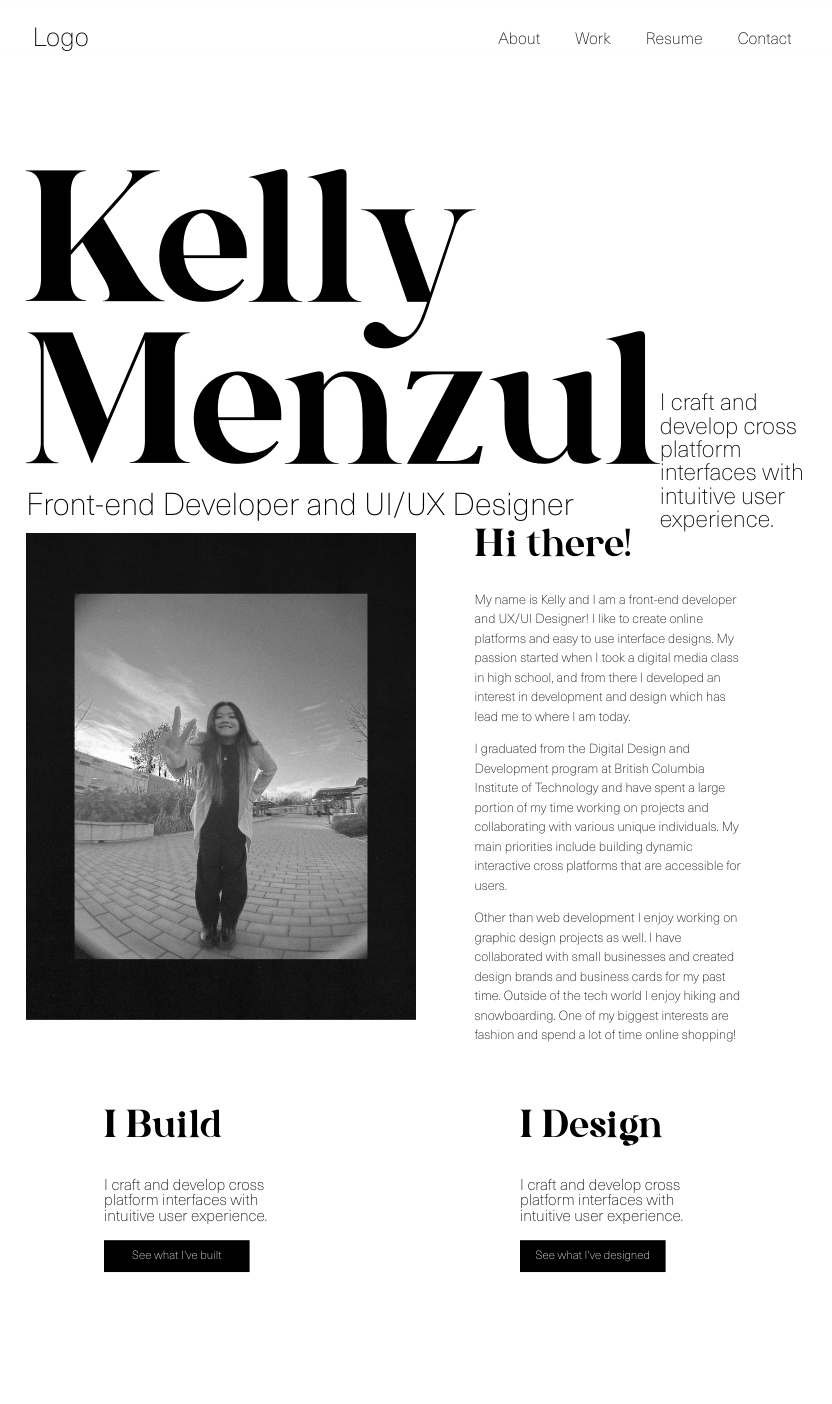
Repository: KellyMenzul/Kelly-Menzul
Page: /
The author's editor kept a copy of each file at every save. The page is drawn from the files as they stood at one save, then again after a run of saves.
The browser window is 1280 px wide. The pictures show the whole page, at 65% of full size.
The project was rebuilt for these pictures with package versions that can differ from the ones it lists, and the page was loaded fresh each time. The framework's server and built-in components were replaced by stand-ins that run in the browser. Also part of the build but not shown: next.config.js, comps/Load/index.js.

Above is the page before, as saved 2022-01-20 15:17:58.

After the next 2 saves:
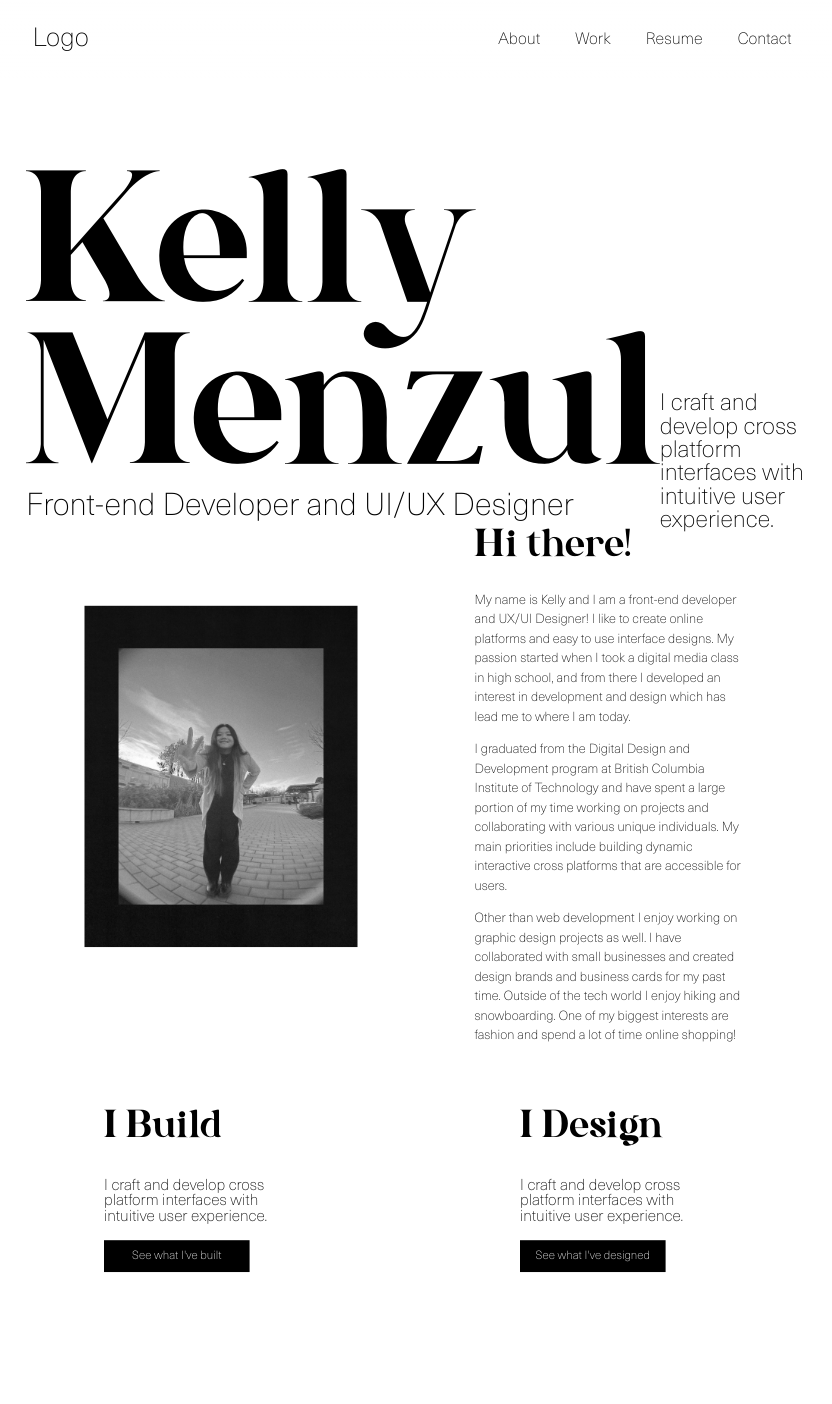
The 2 saves are shown as one change because they came seconds apart.
The last was saved 6 s later.
--- a/pages/index.js
+++ b/pages/index.js
@@ -113,7 +113,7 @@ z-index:-1;
 const TextHolder  =styled.div``
 
 const HeroImage = styled.img`
-width:100%;
+width:70%;
 `
 
 export default function Home() {
